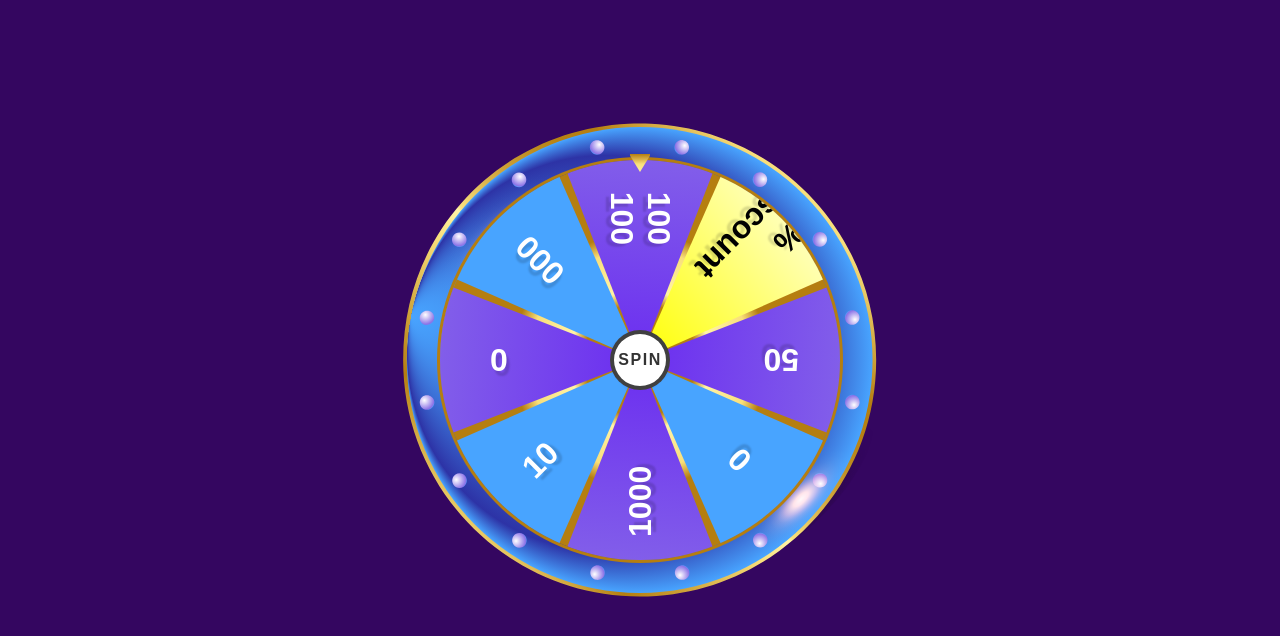
Repository: Jacques-Jaki-Morkel/FundedMarketplace_WheelofFortune
Page: index.html
The author's editor kept a copy of each file at every save. The page is drawn from the files as they stood at one save, then again after the next save.
The browser window is 1280 px wide. The pictures show the whole page.

Above is the page before, as saved 2025-08-14 13:58:40.

After the next save:
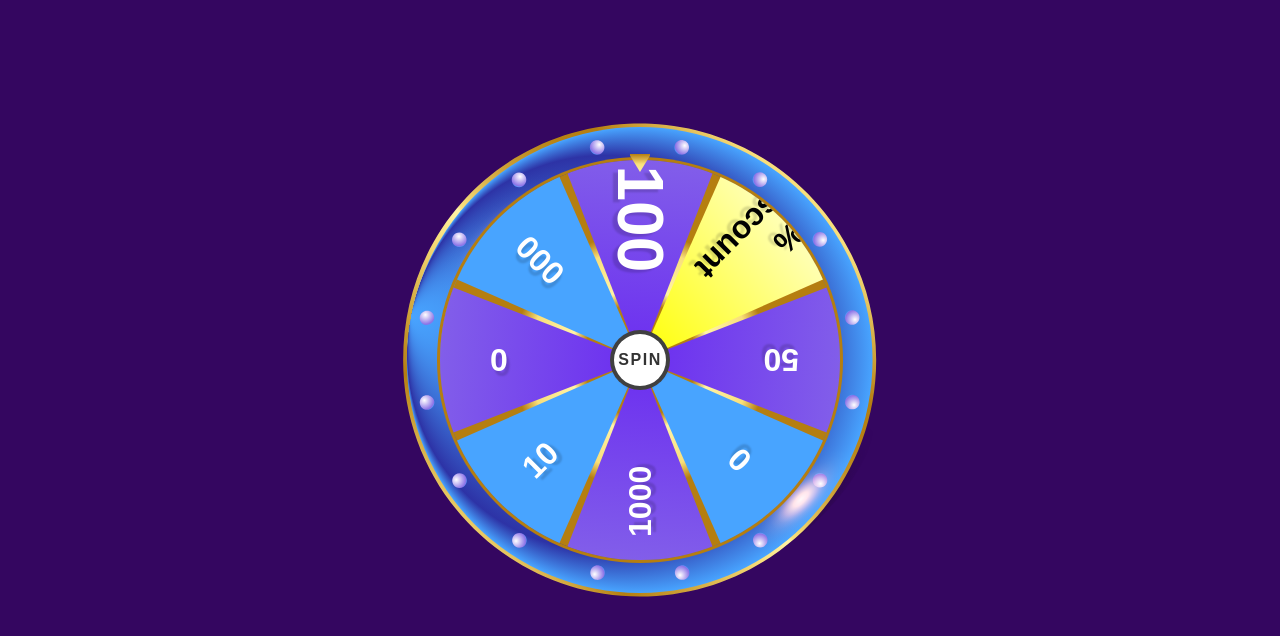
Saved 21 s later.
--- a/index.html
+++ b/index.html
@@ -16,7 +16,7 @@
         <img class="wheel-frame" src="assets/rings.svg" alt="wheel rings">
         <div class="wheel">
             <div class="number" style=" --i:1 ;">
-                <span><div>100</div>100</span>
+                <span><div><h1>100</h1></div></span>
             </div>
             <div class="number" style=" --i:2 ;--clr2: linear-gradient(var(--angle), white, yellow);">
                 <span class="ulitmatePrize">90% Discount</span>
